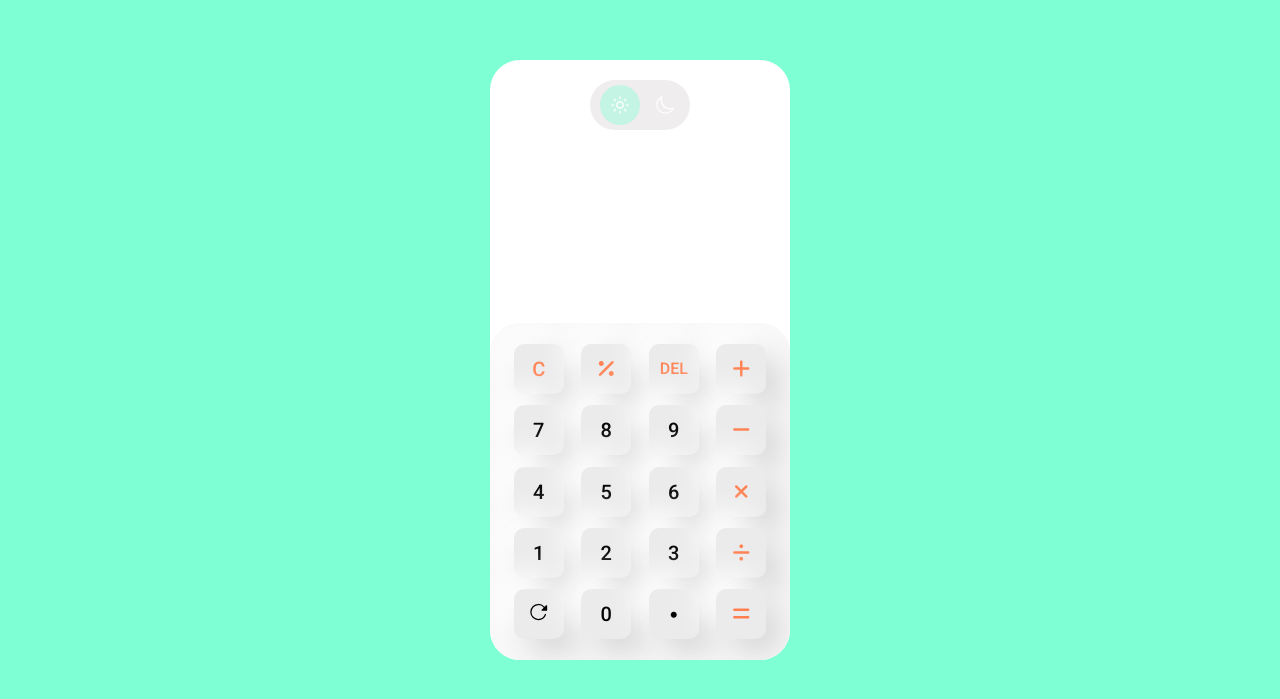
Repository: dinhtri123/caculator-app
Page: index.html
An editor plug-in stored every save of this project. The page is shown before and after a run of saves, followed by the edit.
The browser window is 1280 px wide. The pictures show the whole page.
After loading, the first visible `div.button-mode` was clicked once.

Above is the page before, as saved 2023-01-03 21:23:54.

### index.html
<!DOCTYPE html>
<html lang="en" data-theme="light">
  <head>
    <meta charset="UTF-8" />
    <meta http-equiv="X-UA-Compatible" content="IE=edge" />
    <meta name="viewport" content="width=device-width, initial-scale=1.0" />
    <title>Caculator App</title>
    <script
      type="module"
      src="https://unpkg.com/ionicons@5.5.2/dist/ionicons/ionicons.esm.js"
    ></script>
    <script
      nomodule
      src="https://unpkg.com/ionicons@5.5.2/dist/ionicons/ionicons.js"
    ></script>
    <link
      rel="stylesheet"
      href="https://cdnjs.cloudflare.com/ajax/libs/font-awesome/6.2.1/css/all.min.css"
      integrity="sha512-MV7K8+y+gLIBoVD59lQIYicR65iaqukzvf/nwasF0nqhPay5w/9lJmVM2hMDcnK1OnMGCdVK+iQrJ7lzPJQd1w=="
      crossorigin="anonymous"
      referrerpolicy="no-referrer"
    />
    <link rel="stylesheet" href="style.css" />
  </head>
  <body>
    <div class="wrapper">
      <div class="mode">
        <div class="button-mode light active-mode">
          <ion-icon name="sunny-outline" class="icon-mode"></ion-icon>
        </div>
        <div class="button-mode dark">
          <ion-icon name="moon-outline" class="icon-mode"></ion-icon>
        </div>
      </div>
      <div class="main">
        <div class="display">
          <div class="show"></div>
          <div class="result"></div>
        </div>
        <div class="caculator">
          <div>
            <button class="btn clear operator">C</button>
          </div>
          <div>
            <button value="%" class="btn operator">
              <i class="fa-solid fa-percent"></i>
            </button>
          </div>
          <div>
            <button class="btn delete operator">DEL</button>
          </div>
          <div>
            <button value="+" class="btn">
              <i class="fa-solid fa-plus operator"></i>
            </button>
          </div>
          <div>
            <button value="7" class="btn">7</button>
          </div>
          <div>
            <button value="8" class="btn">8</button>
          </div>
          <div>
            <button value="9" class="btn">9</button>
          </div>
          <div>
            <button value="-" class="btn operator">
              <i class="fa-solid fa-minus"></i>
            </button>
          </div>
          <div>
            <button value="4" class="btn">4</button>
          </div>
          <div>
            <button value="5" class="btn">5</button>
          </div>
          <div>
            <button value="6" class="btn">6</button>
          </div>
          <div>
            <button value="*" class="btn operator">
              <i class="fa-solid fa-xmark"></i>
            </button>
          </div>
          <div>
            <button value="1" class="btn">1</button>
          </div>
          <div>
            <button value="2" class="btn">2</button>
          </div>
          <div>
            <button value="3" class="btn">3</button>
          </div>
          <div>
            <button value="/" class="btn operator">
              <i class="fa-solid fa-divide"></i>
            </button>
          </div>
          <div>
            <button class="undo">
              <ion-icon name="reload-outline"></ion-icon>
            </button>
          </div>
          <div>
            <button value="0" class="btn">0</button>
          </div>
          <div>
            <button class="btn dot" value=".">
              <i class="fa-solid fa-circle"></i>
            </button>
          </div>
          <div>
            <button class="btn equal operator">
              <i class="fa-solid fa-equals"></i>
            </button>
          </div>
        </div>
      </div>
    </div>
  </body>
  <script src="index.js"></script>
</html>

### style.css
@import url("https://fonts.googleapis.com/css2?family=Roboto:wght@100;300;400;500;700&display=swap");
* {
  margin: 0;
  padding: 0;
  box-sizing: border-box;
  font-family: "Roboto", sans-serif;
}
body {
  width: 100%;
  min-height: 100vh;
  height: 100%;
  background-color: aquamarine;
  font-size: 16px;
  line-height: 1.5;
  font-weight: 400;
  display: flex;
  justify-content: center;
  align-items: center;
}
.mode-light {
  background-color: #2d2e2f;
  color: white;
}
.mode-dark {
  background-color: white;
  color: black;
}
.wrapper {
  max-width: 300px;
  width: 100%;
  height: 600px;
  background: white;
  border-radius: 30px;
  position: relative;
  overflow: hidden;
}
.mode {
  position: absolute;
  top: 20px;
  left: 50%;
  transform: translateX(-50%);
  width: 100px;
  height: 50px;
  background-color: rgb(239, 237, 237);
  border-radius: 30px;
  padding: 0px 10px;
  display: flex;
  justify-content: space-around;
  align-items: center;
  gap: 5px;
}
.light,
.dark {
  display: flex;
  justify-content: center;
  align-items: center;
  padding: 10px;
  border-radius: 50%;
}
.active-mode {
  background-color: rgba(127, 255, 212, 0.388);
}
.icon-mode {
  font-size: 20px;
  cursor: pointer;
}
.main {
  width: 100%;
  height: 100%;
  display: flex;
  flex-direction: column;
  gap: 40px;
}
.display {
  width: 100%;
  height: 40%;
  display: flex;
  flex-direction: column;
  justify-content: end;
  align-items: flex-end;
  padding: 0px 40px;
}
.show {
  font-size: 20px;
  font-weight: 600;
}
.result {
  font-size: 40px;
  font-weight: 700;
}
.caculator {
  width: 100%;
  height: 60%;
  padding: 15px;
  border-top-left-radius: 30px;
  border-top-right-radius: 30px;
  background-color: rgb(248, 248, 248);
  display: grid;
  grid-template-columns: repeat(4, 1fr);
  justify-content: center;
  align-items: center;
}
.caculator > div {
  display: flex;
  justify-content: center;
  align-items: center;
}
button {
  width: 50px;
  height: 50px;
  border-radius: 10px;
  outline: none;
  border: none;
  background: #ebebeb;
  box-shadow: 15px 15px 30px #d8d8d8, -15px -15px 30px #fefefe;
  font-size: 20px;
  cursor: pointer;
  font-weight: 500;
}
.dot {
  font-size: 6px;
}
.delete {
  font-size: 16px;
}
.operator {
  color: coral;
}

### index.js
// mode
const btnMode = document.querySelectorAll(".button-mode");
for (let i = 0; i < btnMode.length; i++) {
  btnMode[i].addEventListener("click", function () {
    for (let j = 0; j < btnMode.length; j++) {
      btnMode[j].className = btnMode[j].className.replace(" active-mode", "");
    }
    let elm = document.querySelector('.wrapper');
    if(btnMode[0].className !== ' active-mode'){
        elm.classList.add('mode-light');
    }else if(btnMode[1].className !== ' active-mode'){
        elm.classList.add('mode-dark');

    }
    this.className += " active-mode";
  });
}
// caculator
const btn = document.querySelectorAll(".btn");
const result = document.querySelector(".result");
const show = document.querySelector(".show");
const equal = document.querySelector(".equal");
const resetField = document.querySelector(".clear");
const clearOneNumber = document.querySelector(".delete");
const undo = document.querySelector(".undo");


for (let i = 0; i < btn.length; i++) {
  btn[i].addEventListener("click", function () {
    show.textContent += this.value;
  });
}

equal.addEventListener("click", function () {
  const res = show.textContent;
  const output = eval(res);
  result.textContent = output;
  localStorage.setItem("undo", (show.textContent += this.value));
});

clearOneNumber.addEventListener("click", function () {
  let res = show.textContent;
  show.textContent = res.slice(0, -1);
});

resetField.addEventListener("click", function () {
  show.textContent = "";
  result.textContent = "";
});

undo.addEventListener("click", function () {
  let values = localStorage.getItem("undo");
  show.textContent = values;
});

After the next 2 saves:
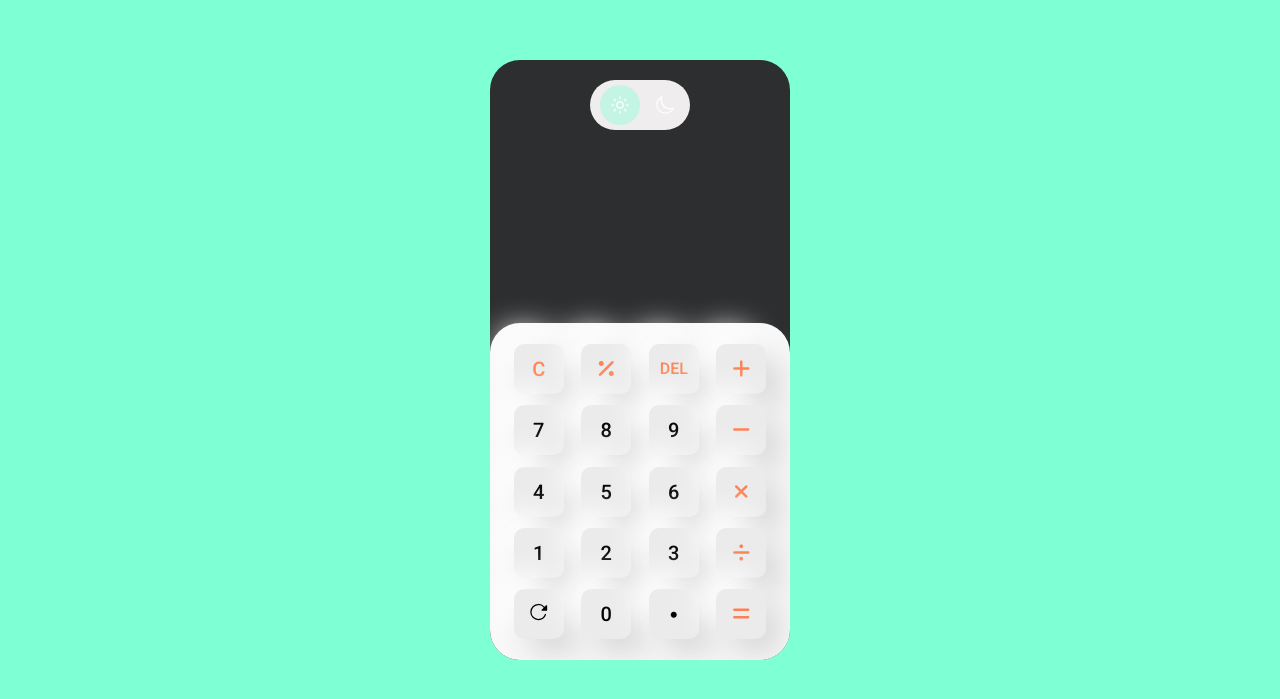
The 2 saves are shown as one change because they came seconds apart.
The last was saved 32 s later.
--- a/style.css
+++ b/style.css
@@ -17,14 +17,7 @@ body {
   justify-content: center;
   align-items: center;
 }
-.mode-light {
-  background-color: #2d2e2f;
-  color: white;
-}
-.mode-dark {
-  background-color: white;
-  color: black;
-}
+
 .wrapper {
   max-width: 300px;
   width: 100%;
@@ -33,6 +26,14 @@ body {
   border-radius: 30px;
   position: relative;
   overflow: hidden;
+}
+.mode-light {
+  background-color: #2d2e2f;
+  color: white;
+}
+.mode-dark {
+  background-color: white;
+  color: black;
 }
 .mode {
   position: absolute;
